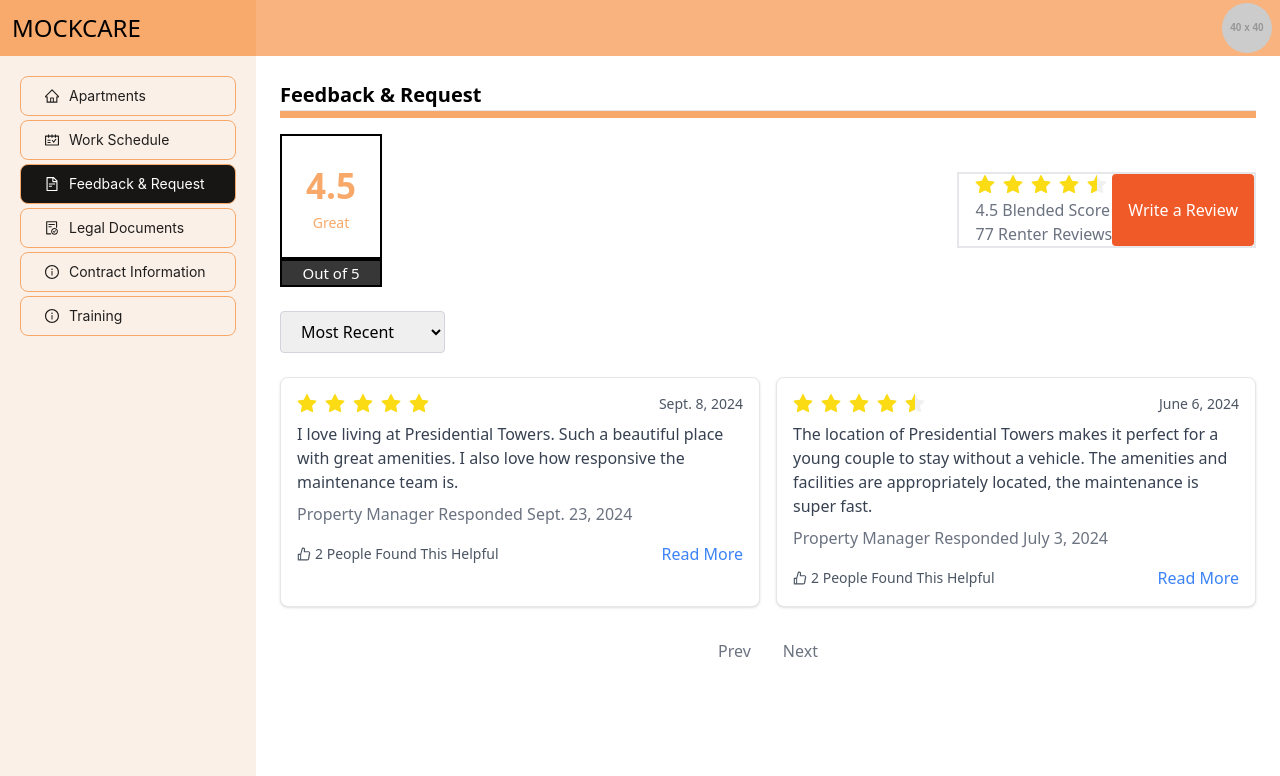
Repository: dunh-real/MockProject_102024_Nhom4
Page: / (app in frontend/)
These files come from the project's save history. The page is drawn as it stood at one moment and after the next save; the edit follows.
The browser window is 1280 px wide. The pictures show the whole page.
The project was rebuilt for these pictures with package versions that can differ from the ones it lists, and the page was loaded fresh each time. Also part of the build but not shown: frontend/vite.config.js, frontend/vite.config.ts, frontend/src/App.css, frontend/src/component/ReviewModal.tsx.

Above is the page before, as saved 2024-10-09 13:13:03.

### frontend/src/App.tsx

import './App.css'
import ReviewList from './pages/Feedback&Request/Feedback&Request'
// import LoginForm from './pages/Login/Login'

function App() {


  return (
    <>
      {/* <LoginForm/> */}
      <ReviewList/>
    </>
  )
}

export default App

### frontend/src/pages/Feedback&Request/Feedback&Request.tsx
import React, { useState } from 'react';
import { Rate } from 'antd'; // Dùng Antd cho Rate, có thể thay thế bằng biểu tượng của Tailwind nếu cần
import { LikeOutlined } from '@ant-design/icons';
import ReviewModal from '../../component/ReviewModal';
import Sidebar from '../../component/Sidebar';

interface Review {
    date: string;
    rating: number;
    text: string;
    managerResponse: string;
    helpfulCount: number;
}

const reviews: Review[] = [
    {
        date: 'Sept. 8, 2024',
        rating: 5,
        text: 'I love living at Presidential Towers. Such a beautiful place with great amenities. I also love how responsive the maintenance team is.',
        managerResponse: 'Property Manager Responded Sept. 23, 2024',
        helpfulCount: 2,
    },
    {
        date: 'June 6, 2024',
        rating: 4.5,
        text: 'The location of Presidential Towers makes it perfect for a young couple to stay without a vehicle. The amenities and facilities are appropriately located, the maintenance is super fast.',
        managerResponse: 'Property Manager Responded July 3, 2024',
        helpfulCount: 2,
    },
];

const ReviewList: React.FC = () => {
    const [showModal, setShowModal] = useState<boolean>(false);
    const [page, setPage] = useState<number>(1);

    const handlePageChange = (page: number) => {
        setPage(page);
    };

    const handleSortChange = (value: string) => {
        console.log(`Sort by: ${value}`);
    };

    return (
        <div className=" min-h-screen  bg-gray-50">
            <div className='flex  bg-[#f8a769d9]  justify-between items-center'>
                <div className=' bg-[#f8a769d9] p-3 w-1/5'>
                    <h1 className='text-2xl'>MOCKCARE</h1>
                </div>
                <div className="flex  justify-end">
                    <img
                        src="https://via.placeholder.com/40"
                        alt="Avatar"
                        className="rounded-full w-[50px] h-[50px] mr-2"
                    />
                </div>
            </div>
            <div className="flex">
                <Sidebar />
                <div className="w-4/5 p-6 bg-white">
                    <div className='mb-4'>
                        <h2 className='text-[20px] font-bold'>Feedback & Request</h2>
                        <hr className='h-[8px] bg-[#F8A869]' />
                    </div>
                    <div className="flex justify-between items-center mb-6">
                        <div className="flex flex-col   items-center">
                            <div className=" text-center text-[#F8A869] border-black border-2  p-6 ">
                                <div className=''>
                                    <p className="text-[35px] font-bold">4.5</p>
                                    <p className="text-sm text-[27px]">Great</p>
                                </div>

                            </div>
                            <div className="text-xs w-full border-black border-2 bg-[#000000c8]">
                                <p className='text-white p-1 text-[15px] text-center'>Out of 5</p>
                            </div>
                        </div>
                        <div className='border-2  flex justify-around'>
                            <div className="ml-4 ">
                                <Rate allowHalf defaultValue={4.5} disabled />
                                <div className="text-gray-500">4.5 Blended Score</div>
                                <div className="text-gray-500">77 Renter Reviews</div>
                            </div>
                            <button
                                onClick={() => setShowModal(true)}
                                className="bg-[#f05a28] text-white px-4 py-2 rounded hover:bg-[#f25f30]"
                            >
                                Write a Review
                            </button>
                        </div>
                    </div>
                    <div className="mb-6 flex justify-between">
                        <select
                            onChange={(e) => handleSortChange(e.target.value)}
                            className="border border-gray-300 rounded px-4 py-2"
                        >
                            <option value="recent">Most Recent</option>
                            <option value="highest">Highest Rating</option>
                            <option value="lowest">Lowest Rating</option>
                        </select>
                    </div>
                    <div className="grid grid-cols-1 md:grid-cols-2 gap-4">
                        {reviews.slice((page - 1) * 2, page * 2).map((review, index) => (
                            <div key={index} className="p-4 border border-gray-200 rounded-lg bg-white shadow">
                                <div className="flex justify-between items-center mb-2">
                                    <Rate allowHalf defaultValue={review.rating} disabled />
                                    <span className="text-sm text-gray-600">{review.date}</span>
                                </div>
                                <p className="text-gray-700">{review.text}</p>
                                <p className="text-gray-500 mt-2">{review.managerResponse}</p>
                                <div className="flex justify-between items-center mt-4">
                                    <div className="flex items-center text-sm text-gray-600">
                                        <LikeOutlined className="mr-1" />
                                        {review.helpfulCount} People Found This Helpful
                                    </div>
                                    <button className="text-blue-500">Read More</button>
                                </div>
                            </div>
                        ))}
                    </div>
                    <div className="flex justify-center mt-6">
                        <button
                            onClick={() => handlePageChange(page - 1)}
                            className="px-4 py-2 text-gray-500"
                            disabled={page === 1}
                        >
                            Prev
                        </button>
                        <button
                            onClick={() => handlePageChange(page + 1)}
                            className="px-4 py-2 text-gray-500"
                        >
                            Next
                        </button>
                    </div>
                </div>
            </div>
            {showModal && <ReviewModal setShowModal={setShowModal} />}
        </div>
    );
};

export default ReviewList;

### frontend/src/component/Sidebar.tsx
import { Menu } from 'antd';
import { HomeOutlined, ScheduleOutlined, FileTextOutlined, FileDoneOutlined, InfoCircleOutlined } from '@ant-design/icons';

const Sidebar = () => {
  return (
    <div style={{ width: '20%', minHeight: '100vh', backgroundColor: '#FAF0E8', padding: '1rem' }}>
      <Menu
        defaultSelectedKeys={['feedback']}
        mode="inline"
        style={{ backgroundColor: '#FAF0E8', borderRight: 0 }}
      >
        <Menu.Item
          key="apartments"
          icon={<HomeOutlined />}
          style={{
            padding: '12px 24px',
            border:1, borderStyle:'solid', borderColor:'#F8A869'
          }}
        >
          Apartments
        </Menu.Item>
        <Menu.Item
          key="schedule"
          icon={<ScheduleOutlined />}
          style={{
            padding: '12px 24px',
            border:1, borderStyle:'solid', borderColor:'#F8A869'
          }}
        >
          Work Schedule
        </Menu.Item>
        <Menu.Item
          key="feedback"
          icon={<FileTextOutlined />}
          style={{
            backgroundColor: '#171615',
            color: 'white',
            padding: '12px 24px',
            border:1, borderStyle:'solid', borderColor:'#F8A869'
          }}
        >
          Feedback & Request
        </Menu.Item>
        <Menu.Item
          key="legal"
          icon={<FileDoneOutlined />}
          style={{
            padding: '12px 24px',
            border:1, borderStyle:'solid', borderColor:'#F8A869'
          }}
        >
          Legal Documents
        </Menu.Item>
        <Menu.Item
          key="contract"
          icon={<InfoCircleOutlined />}
          style={{
            padding: '12px 24px',
            border:1, borderStyle:'solid', borderColor:'#F8A869'
          }}
        >
          Contract Information
        </Menu.Item>
        <Menu.Item
          key="training"
          icon={<InfoCircleOutlined />}
          style={{
            padding: '12px 24px',
            border: 1, borderStyle: 'solid', borderColor: '#F8A869'
          }}
        >
          Training
        </Menu.Item>
      </Menu>
    </div>
  );
};

export default Sidebar;

Loaded but not shown: frontend/index.html (common file); frontend/src/main.jsx (common file); frontend/src/index.css (common file); frontend/tailwind.config.js (common file)

After the next save:
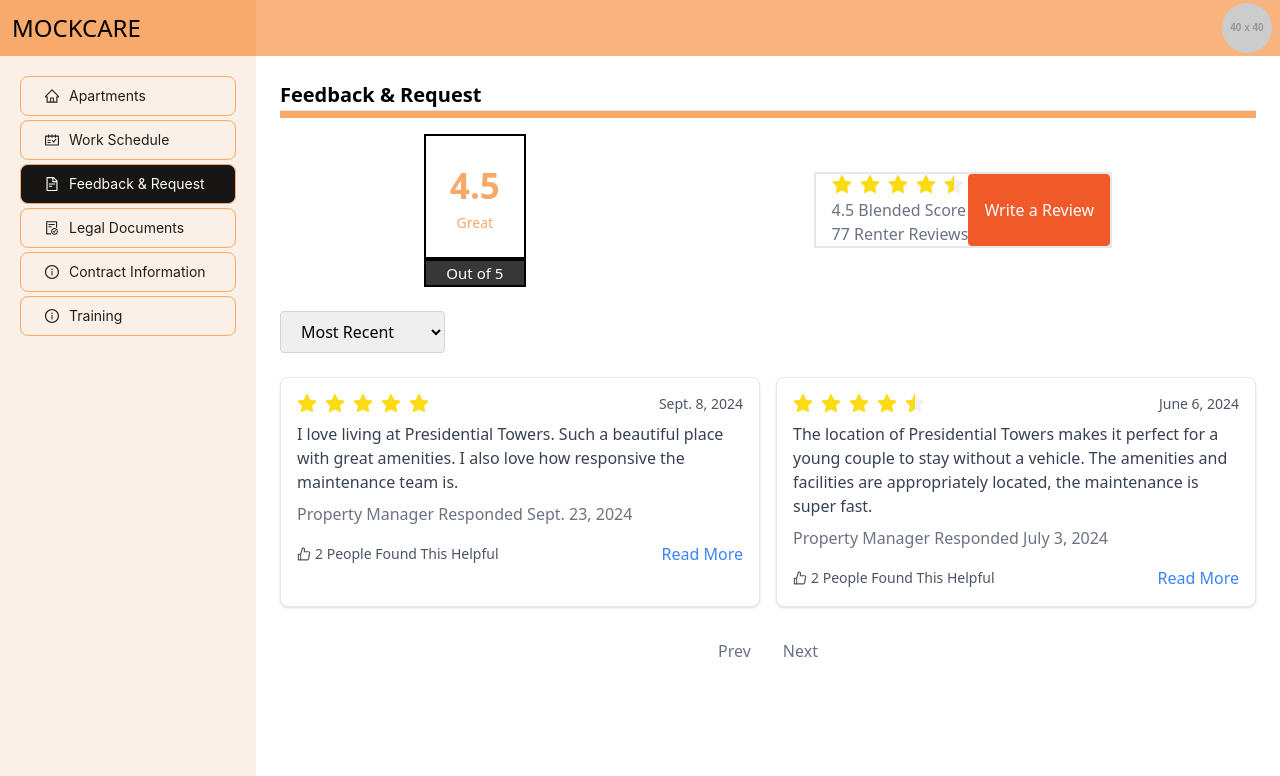
Saved 21 s later.
--- a/frontend/src/pages/Feedback&Request/Feedback&Request.tsx
+++ b/frontend/src/pages/Feedback&Request/Feedback&Request.tsx
@@ -62,7 +62,7 @@ const ReviewList: React.FC = () => {
                         <h2 className='text-[20px] font-bold'>Feedback & Request</h2>
                         <hr className='h-[8px] bg-[#F8A869]' />
                     </div>
-                    <div className="flex justify-between items-center mb-6">
+                    <div className="flex justify-around items-center mb-6">
                         <div className="flex flex-col   items-center">
                             <div className=" text-center text-[#F8A869] border-black border-2  p-6 ">
                                 <div className=''>
@@ -75,7 +75,7 @@ const ReviewList: React.FC = () => {
                                 <p className='text-white p-1 text-[15px] text-center'>Out of 5</p>
                             </div>
                         </div>
-                        <div className='border-2  flex justify-around'>
+                        <div className='border-2  flex g justify-around'>
                             <div className="ml-4 ">
                                 <Rate allowHalf defaultValue={4.5} disabled />
                                 <div className="text-gray-500">4.5 Blended Score</div>
